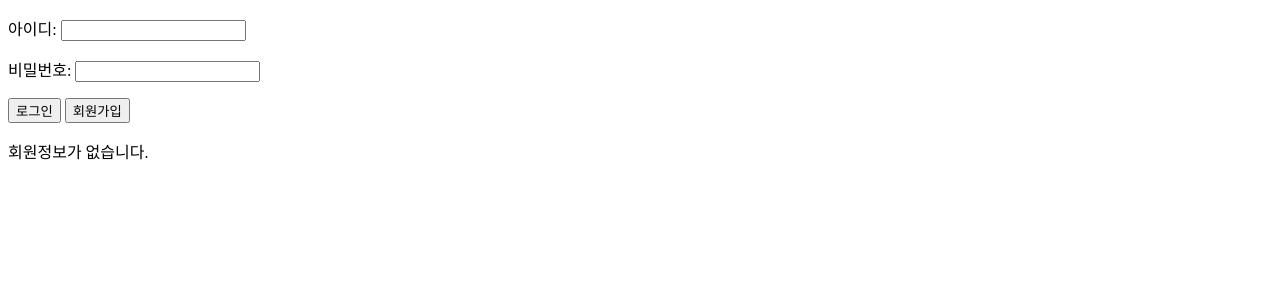
Repository: LeeKukJu/JSP-Study
Page: http://localhost/JSPBook/ch07/totaltest/total_signin_process.jsp
An editor plug-in stored every save of this project. The page is shown before and after the next save, followed by the edit.
The browser window is 1280 px wide. The pictures show the whole page.
The page is served by Tomcat 9.

Above is the page before, as saved 2023-01-30 10:40:34.

After the next save:
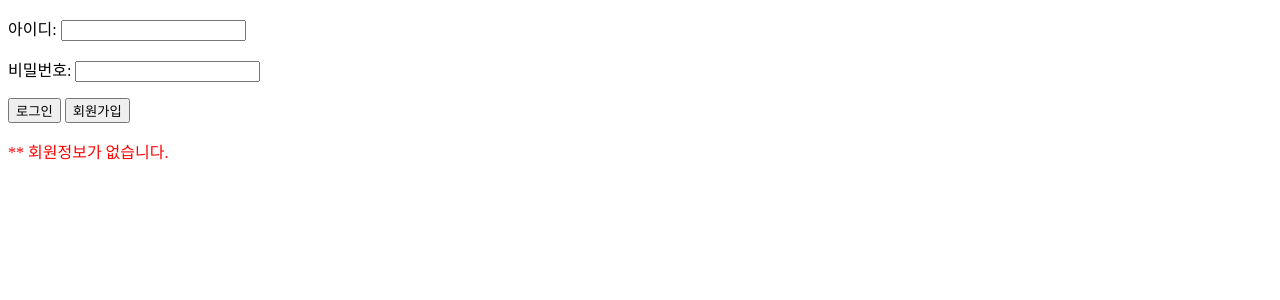
Saved 74 s later.
--- a/JSPBook/WebContent/ch07/totaltest/total_signin.jsp
+++ b/JSPBook/WebContent/ch07/totaltest/total_signin.jsp
@@ -36,7 +36,7 @@
 		if(request.getAttribute("msg") != null){
 
 	%>
-			<p><%=request.getAttribute("msg") %></p>
+			<p style="color:red;">** <%=request.getAttribute("msg") %></p>
 	<%
 		}
 	%>
